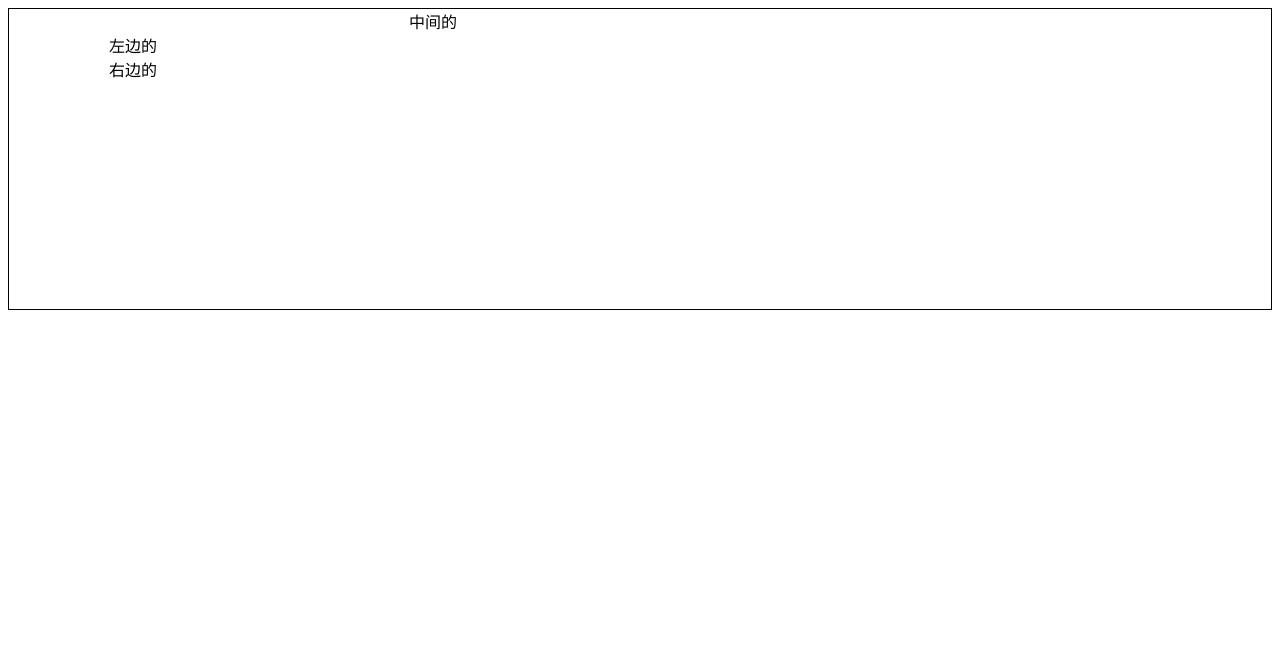
Repository: ljwrookie/Front-end-interview-handwritten-code
Page: 圣杯布局.html
An editor plug-in stored every save of this project. The page is shown before and after the next save, followed by the edit.
The browser window is 1280 px wide. The pictures show the whole page.

Above is the page before, as saved 2022-04-07 14:26:35.

### 圣杯布局.html
<!DOCTYPE html>
<html lang="en">
	<head>
		<meta charset="UTF-8" />
		<meta http-equiv="X-UA-Compatible" content="IE=edge" />
		<meta name="viewport" content="width=device-width, initial-scale=1.0" />
		<title>圣杯布局</title>
		<style>
			.inner_middle {
				margin: 0 300px;
			}
			.container {
				border: 1px solid black;
				height: 300px;
				padding: 0 100px;
			}
		</style>
	</head>
	<body>
		<div class="container">
			<div class="middle">
				<div class="inner_middle">中间的</div>
			</div>
			<div class="left">左边的</div>
			<div class="right">右边的</div>
		</div>
	</body>
</html>

After the next save:
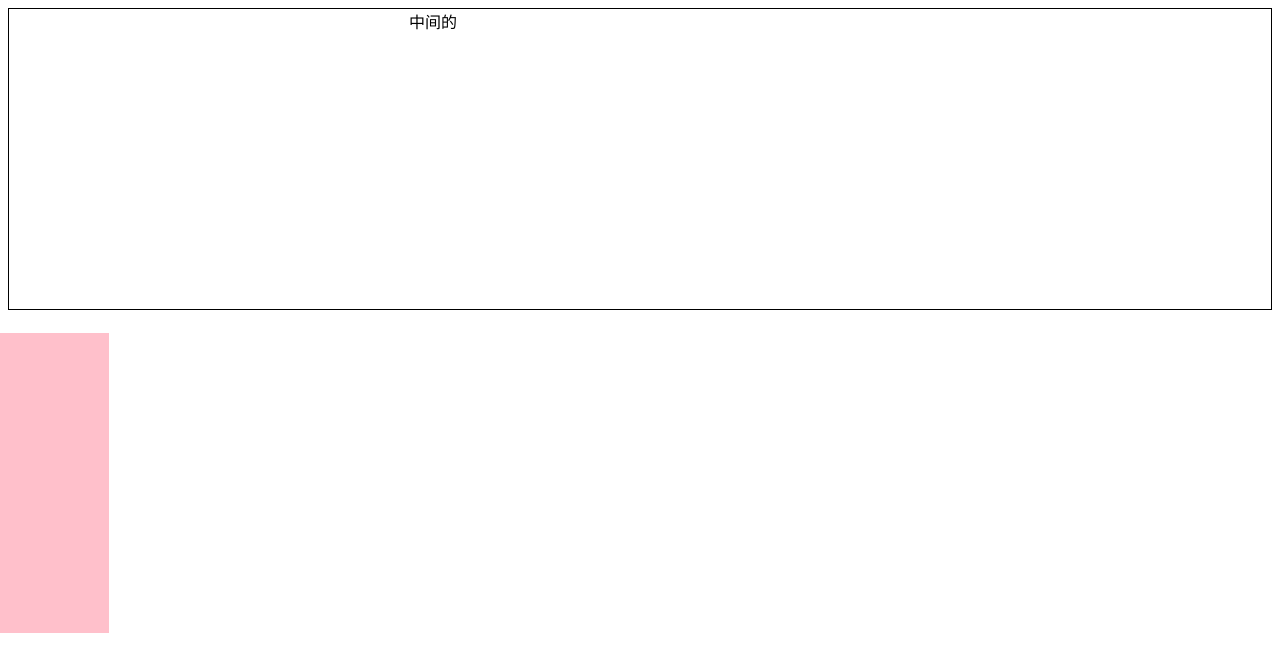
Saved 26 s later.
--- a/圣杯布局.html
+++ b/圣杯布局.html
@@ -14,6 +14,19 @@
 				height: 300px;
 				padding: 0 100px;
 			}
+			.left {
+				background: pink;
+				width: 300px;
+				height: 300px;
+				margin-left: -100%;
+			}
+
+			.right {
+				background: pink;
+				width: 300px;
+				height: 300px;
+				margin-left: -300px; //300px为右盒子的宽度
+			}
 		</style>
 	</head>
 	<body>
